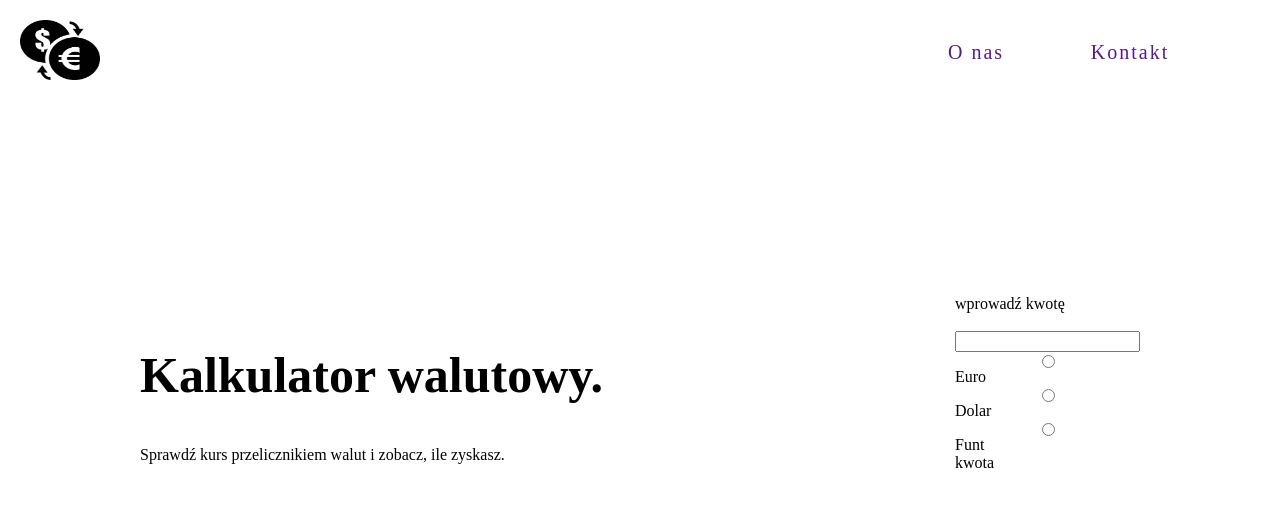
Repository: SebastianArmata22/Kalkulator-walut
Page: index.html
An editor plug-in stored every save of this project. The page is shown before and after the next save, followed by the edit.
The browser window is 1280 px wide. The pictures show the whole page.

Above is the page before, as saved 2020-10-23 15:50:45.

### index.html
<!DOCTYPE html>

<html>
    <head>
        <meta charset="utf-8">
        <meta http-equiv="X-UA-Compatible" content="IE=edge">
        <title>Kalkulator walut</title>
        <meta name="description" content="">
        <meta name="viewport" content="width=device-width, initial-scale=1">
        <link rel="stylesheet" href="style.css">
    </head>
    <body>

    <div class="container">
        <nav>
        <div class="menu-container">
            <div class="logo">
                <img src="./photos/logo.png">
            </div>
            <div class="menu">
                <ul>
                    <li><a href="">O nas</a></li>
                    <li><a href="">Kontakt</a></li>
                </ul>
            </div>
        </div>
        </nav>
        <section>
        <div class="main-content">
            <div class="calculator-content">
            <div class="text">
                <h1>Kalkulator walutowy<span>.</span></h1>
                <p>Sprawdź kurs przelicznikiem walut i zobacz, ile zyskasz.</p>
            </div>
            <div class="calculator">
                <label for="inputNumber">wprowadź kwotę</label><br>
                <input type="number" id="inputNumber">
                <input type="radio" value="euro" id="inputEuro" name="money">
                <label for="inputEuro">Euro </label>
                <input type="radio" value="dolar" id="inputDolar" name="money">
                <label for="inputDolar">Dolar</label>
                <input type="radio" value="funt" id="inputFunt" name="money">
                <label for="inputFunt"> Funt</label>
                <label for="outputNumber"> kwota</label><br>
                <div id="outputNumber"></div>
            </div>
        </div>
    </div>
        </section>
    </div>
        <script src="script.js" ></script>
    </body>
</html>

### style.css
body{
    margin: 0;
    padding: 0;
    box-sizing: border-box;
}
.container{
width: 100%;
}
.menu-container{
    position: relative;
    display: flex;
    align-items: center;
}
.logo img{
    position: relative;
    top: 0;
    left: 0;
    height: 60px;
    width: 80px;
    padding: 20px;
}
.menu{

    position: absolute;
    right: 0;
   margin-right: 50px;
}
.menu ul li{
    display: inline-flex;
    justify-content: space-around;
}
.menu ul li a{
    display: flex;
    text-decoration: none;
    height: 50px;
    width: 100px;
    justify-content: center;
    align-items: center;
    font-size: 20px;
    letter-spacing: 2px;
    margin-right: 50px;
}

.menu ul li a:hover{
    border-bottom: 5px solid #2980b9;
    margin-bottom: -5px;
    transition: all 0.3s ease-out;

}
.main-content{
    display: flex;
    align-items: center;
    justify-content: center;
}
.calculator-content{
    min-width: 1000px;
    height: 80vh;
    display: flex;
    align-items: center;
    justify-content:space-between;
}
.calculator{
    display: flex;
    flex-direction: column;
}
.text h1{
    font-size: 50px;
}

Loaded but not shown: script.js (no copy from this time; the picture is the same without it)

After the next save:
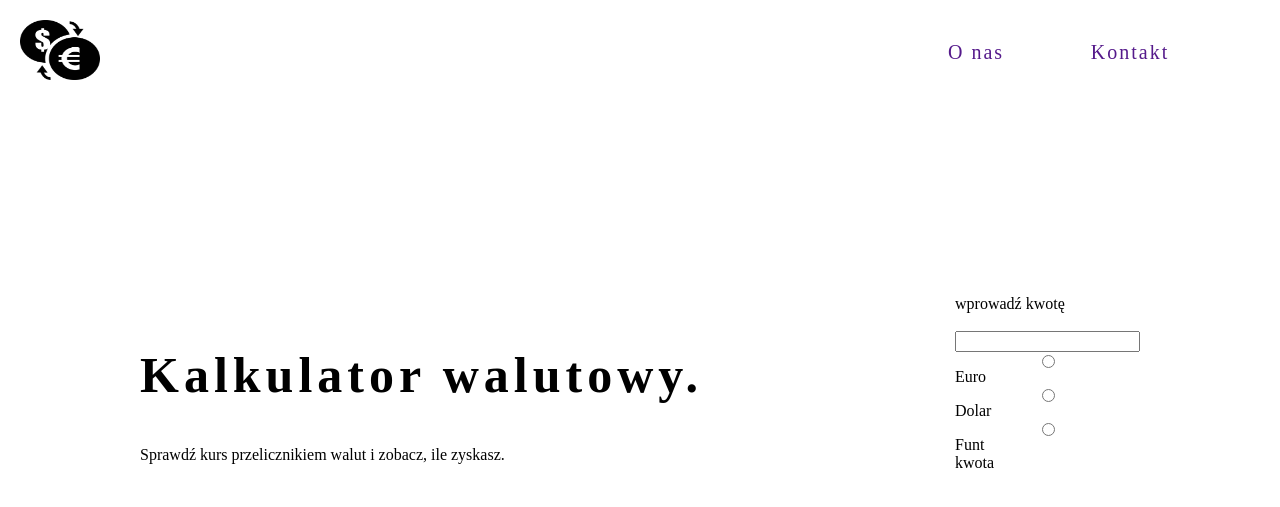
Saved 16 s later.
--- a/style.css
+++ b/style.css
@@ -65,4 +65,5 @@ width: 100%;
 }
 .text h1{
     font-size: 50px;
+    letter-spacing: 5px;
 }
